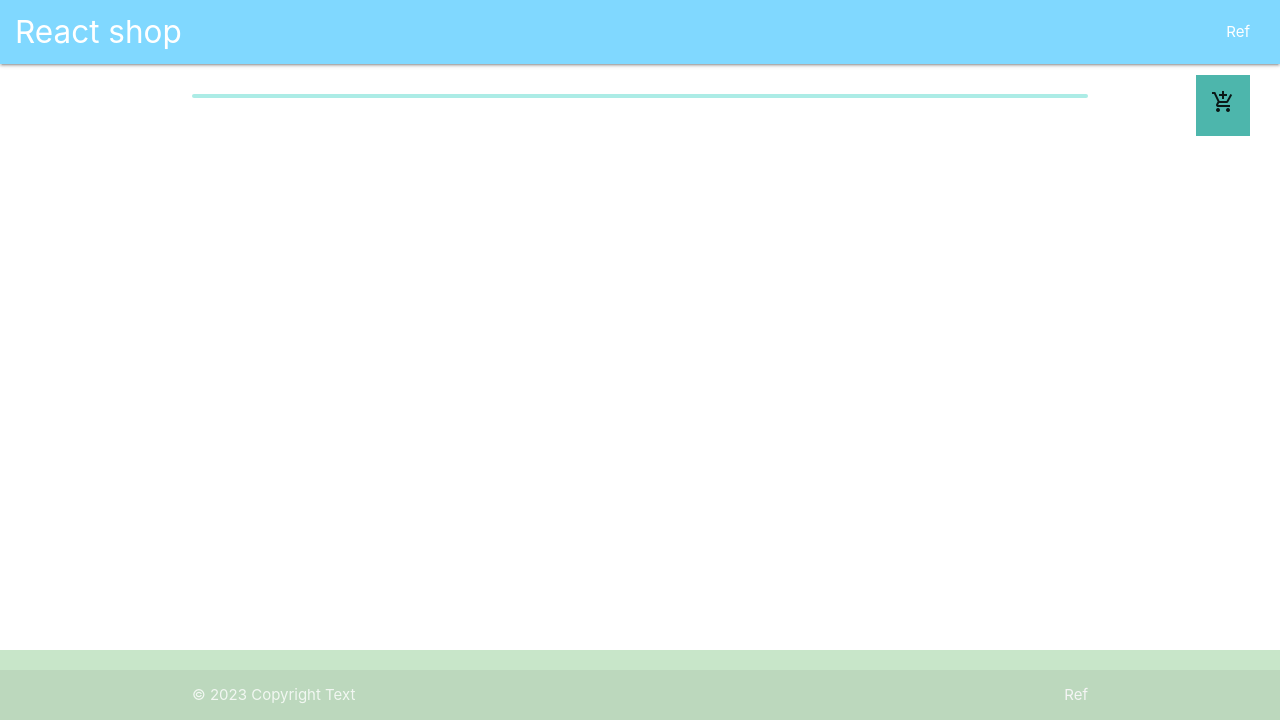
Repository: qui-qui-qui/online-shop
Page: /
These files come from the project's save history. The page is drawn as it stood at one moment and after the next save; the edit follows.
The browser window is 1280 px wide. The pictures show the whole page.
The page's requests for data from a server got no answer. The project was rebuilt for these pictures with package versions that can differ from the ones it lists, and the page was loaded fresh each time. No one was signed in, and anything a server would have sent is missing. Also part of the build but not shown: src/components/GoodsItem.jsx, src/components/GoodsList.jsx, src/components/BasketItem.jsx, src/components/BasketList.jsx.

Above is the page before, as saved 2023-01-07 18:25:00.

After the next save:
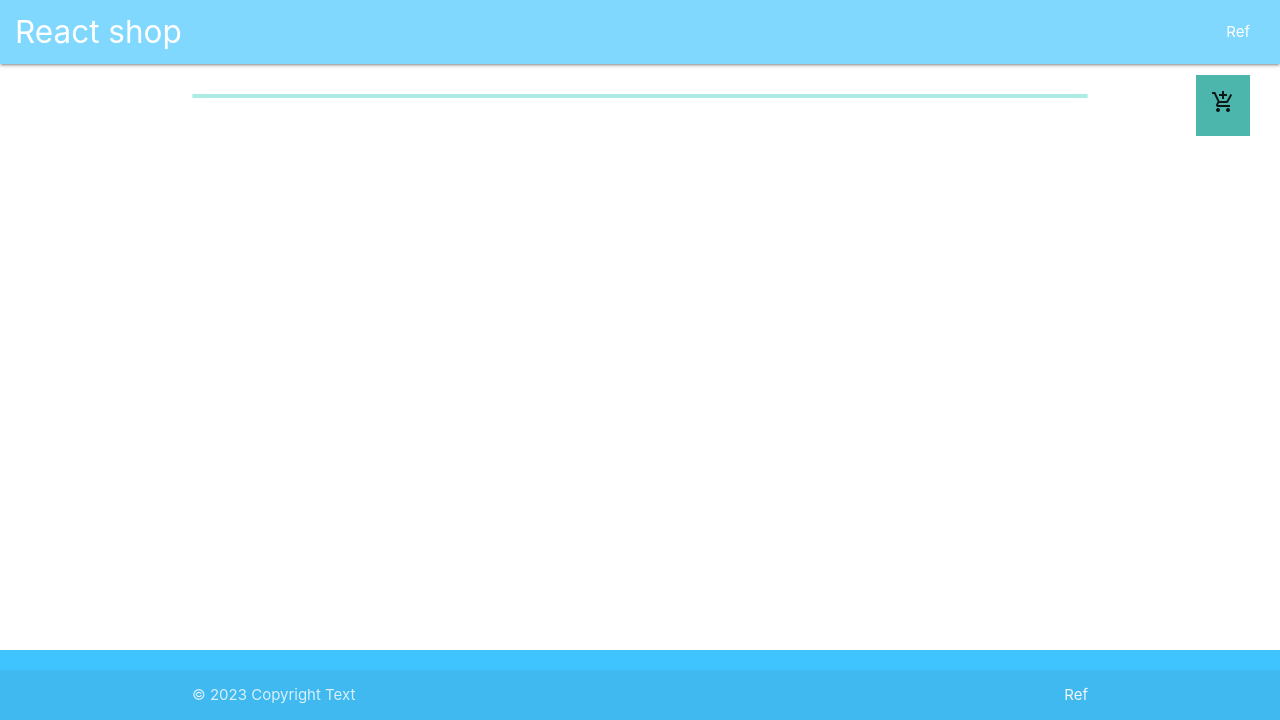
Saved 23 s later.
--- a/src/components/Footer.jsx
+++ b/src/components/Footer.jsx
@@ -1,5 +1,5 @@
 function Footer() {
-    return <footer className="page-footer green lighten-4">
+    return <footer className="page-footer #40c4ff light-blue accent-2">
     <div className="footer-copyright">
       <div className="container">
       © {new Date().getFullYear()} Copyright Text
